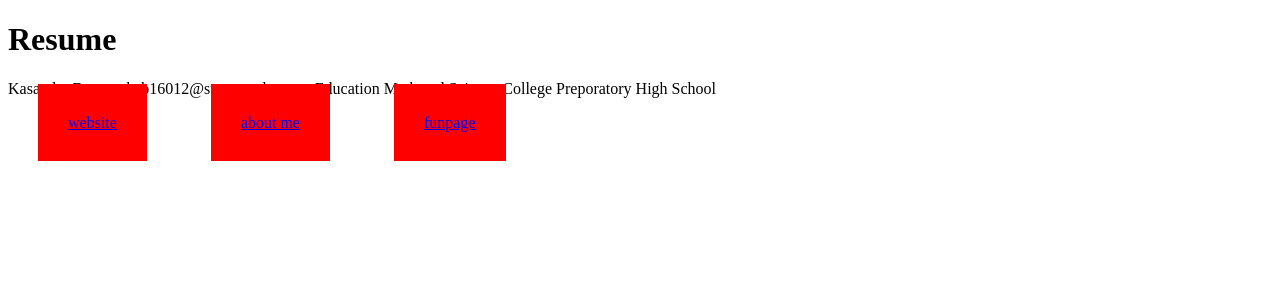
Repository: khipres1/khipres1.github.io
Page: resume.html
The author's editor kept a record of every edit. The page is drawn from the files as they stood at one moment, then again after the next edit.
The browser window is 1280 px wide. The pictures show the whole page.

Above is the page before.

After the next edit:
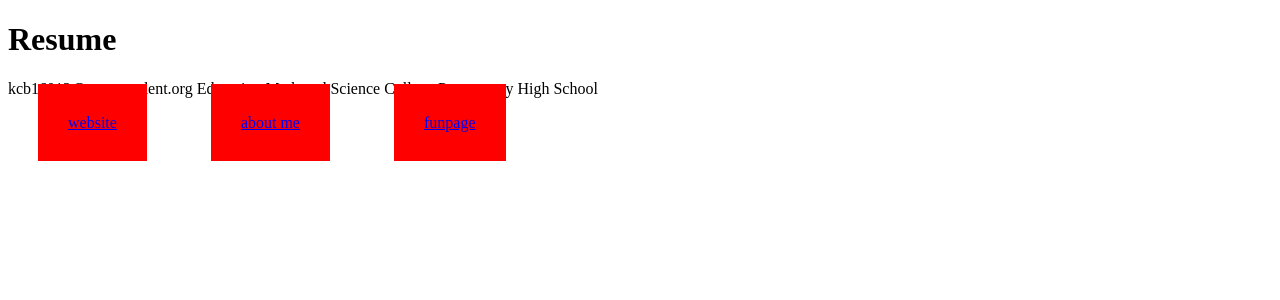
The edit:
--- a/resume.html
+++ b/resume.html
@@ -8,7 +8,7 @@
   <h1>Resume</h1>
 
  <body>
-    <p>Kasandra Becerra
+    <p>
 
     kcb16012@stem-student.org
 
